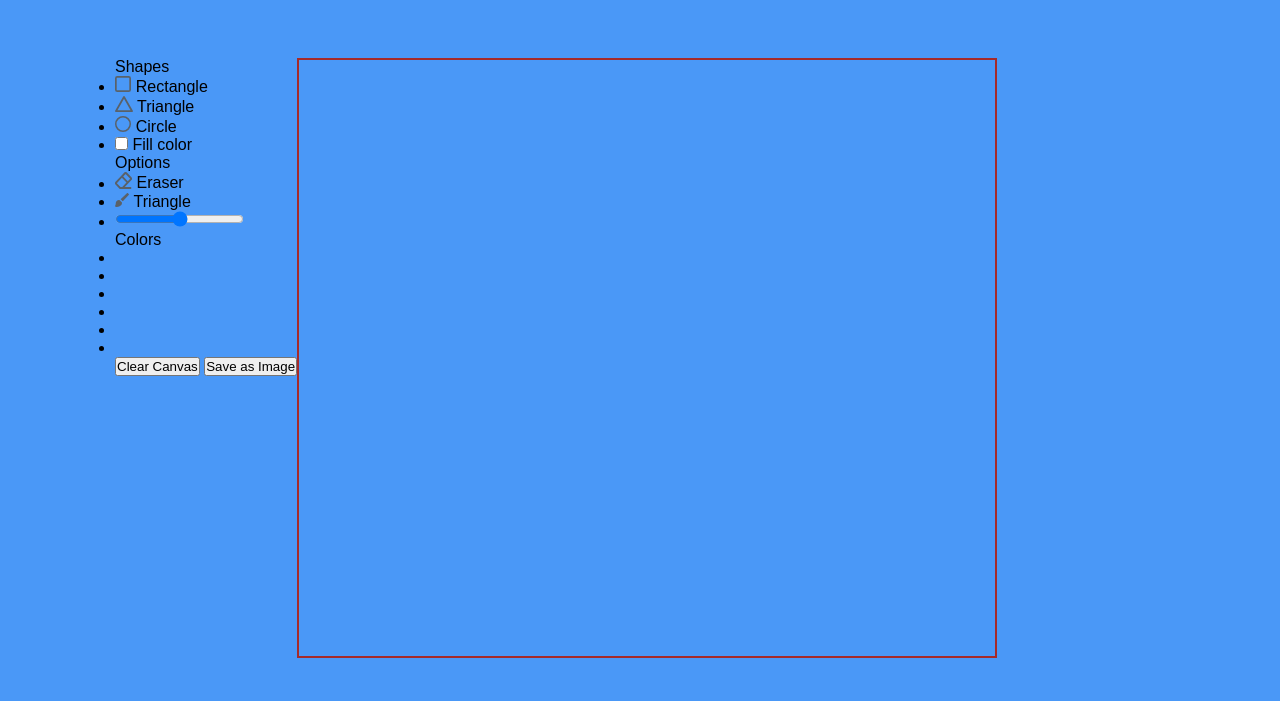
Repository: mdsajib50/Drawing-app
Page: index.html
The author's editor kept a copy of each file at every save. The page is drawn from the files as they stood at one save, then again after the next save.
The browser window is 1280 px wide. The pictures show the whole page.

Above is the page before, as saved 2025-02-17 21:37:01.

After the next save:
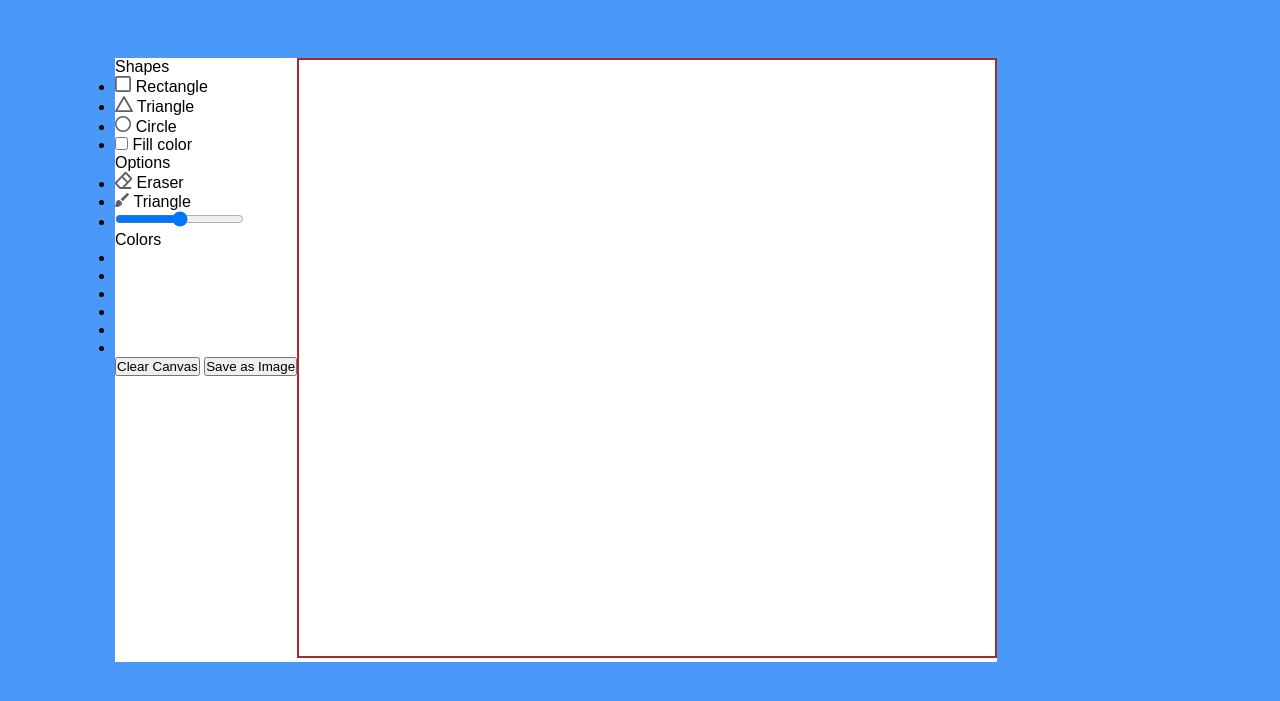
Saved 8 s later.
--- a/style.css
+++ b/style.css
@@ -19,7 +19,7 @@ body{
 }
 
 section{
-    background-color: ;
+    background-color: #fff;
 }
 canvas{
     width: 700px;
